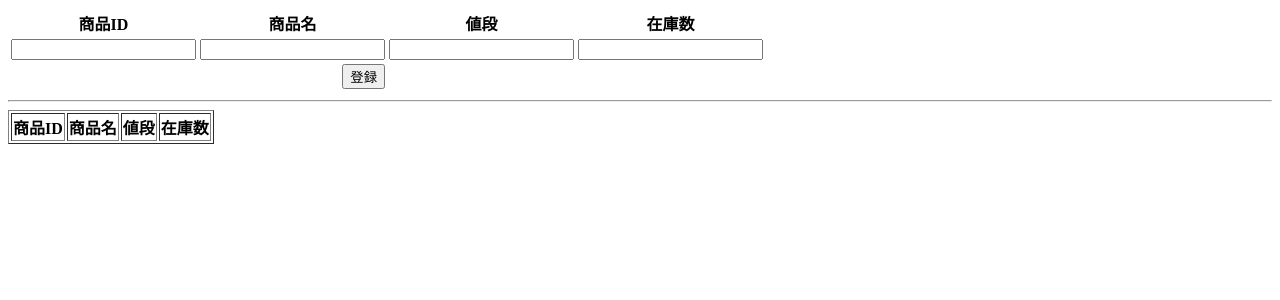
Repository: sachiyuki/java
Page: http://localhost/AdminLogin/itemedit.jsp
The author's editor kept a copy of each file at every save. The page is drawn from the files as they stood at one save, then again after the next save.
The browser window is 1280 px wide. The pictures show the whole page.
The page is served by Tomcat 9.

Above is the page before, as saved 2018-03-05 07:43:23.

After the next save:
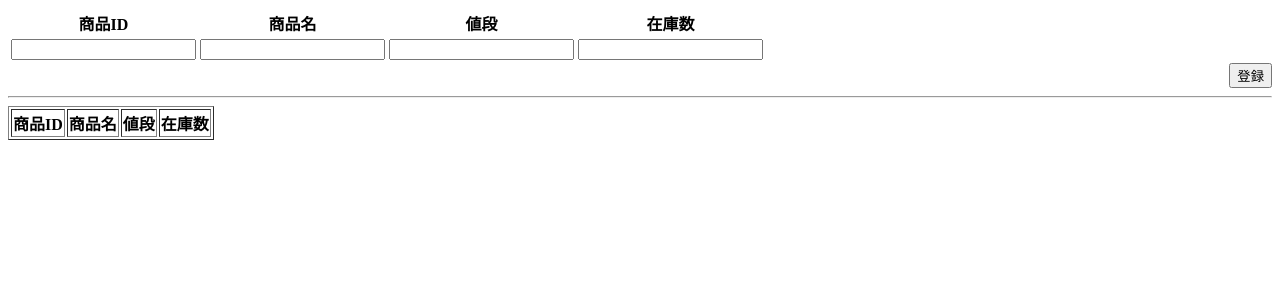
Saved 81 s later.
--- a/AdminLogin/WebContent/itemedit.jsp
+++ b/AdminLogin/WebContent/itemedit.jsp
@@ -22,9 +22,9 @@
 	<td><input type="text" name="newName" value=""/></td>
 	<td><input type="text" name="newPrice" value=""/></td>
 	<td><input type="text" name="newStock" value=""/></td>
-	<td><s:submit value="登録"/></td>
 </tr>
 </table>
+<s:submit value="登録"/>
 </s:form>
 
 <hr>
